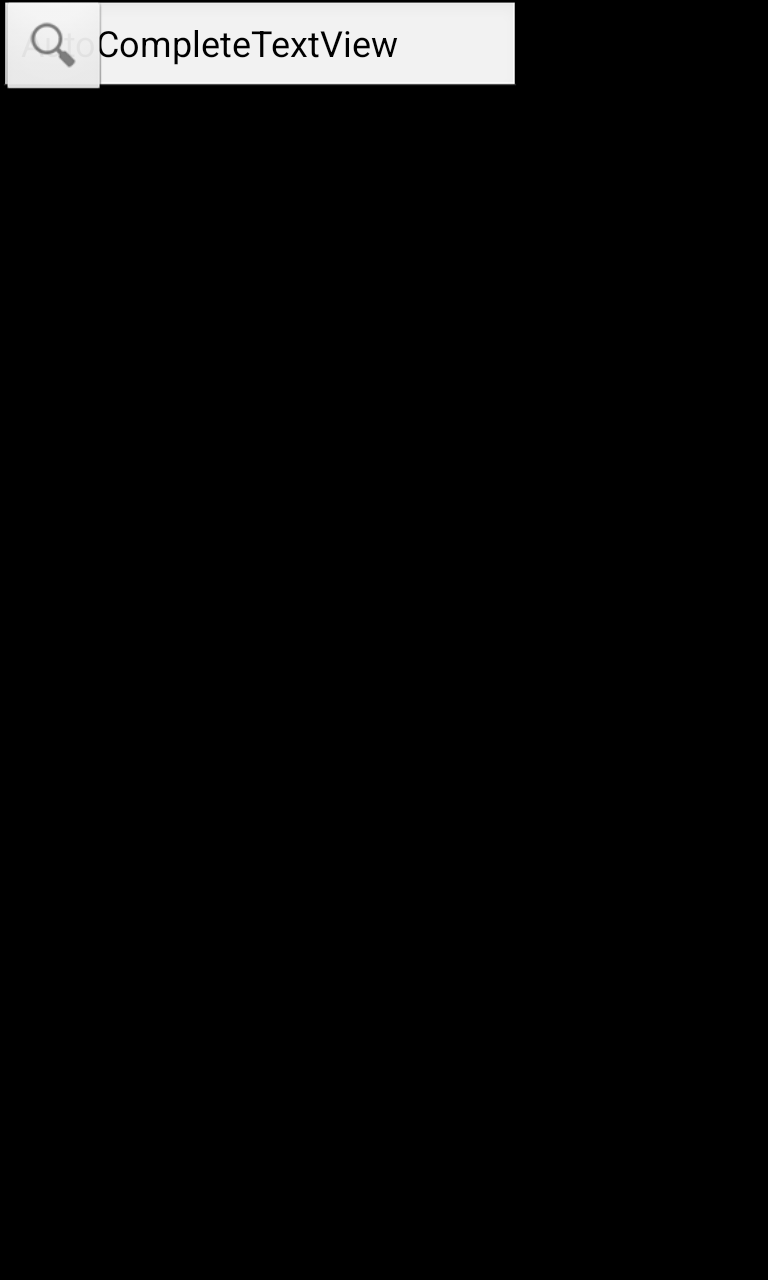
Repository: markminuth/Art-at-GVSU-Android-edition
Layout: version1.0/res/layout/search.xml
These files come from the project's save history. The layout is drawn as it stood at one moment and after the next save; the edit follows.
It is drawn on a 768 x 1280 px phone screen (xhdpi) without system bars, with theme android:Theme.NoTitleBar; the app's code is not run. Lists and similar views that code fills are empty.

Above is the layout before, as saved 2012-04-03 05:10:48.

### version1.0/res/layout/search.xml
<?xml version="1.0" encoding="utf-8"?>
<RelativeLayout xmlns:android="http://schemas.android.com/apk/res/android"
    android:layout_width="fill_parent"
    android:layout_height="fill_parent"
    android:orientation="vertical" >


    <AutoCompleteTextView
        android:id="@+id/searchTextBox"
        android:layout_width="260dp"
        android:layout_height="wrap_content"
        android:text="AutoCompleteTextView" />

    <ImageButton
        android:id="@+id/searchNOW"
        android:layout_width="wrap_content"
        android:layout_height="wrap_content"
        android:src="@drawable/search" />

    <ListView
        android:id="@+id/searchList"
        android:layout_width="match_parent"
        android:layout_height="wrap_content" >
    </ListView>
</RelativeLayout>

After the next save:
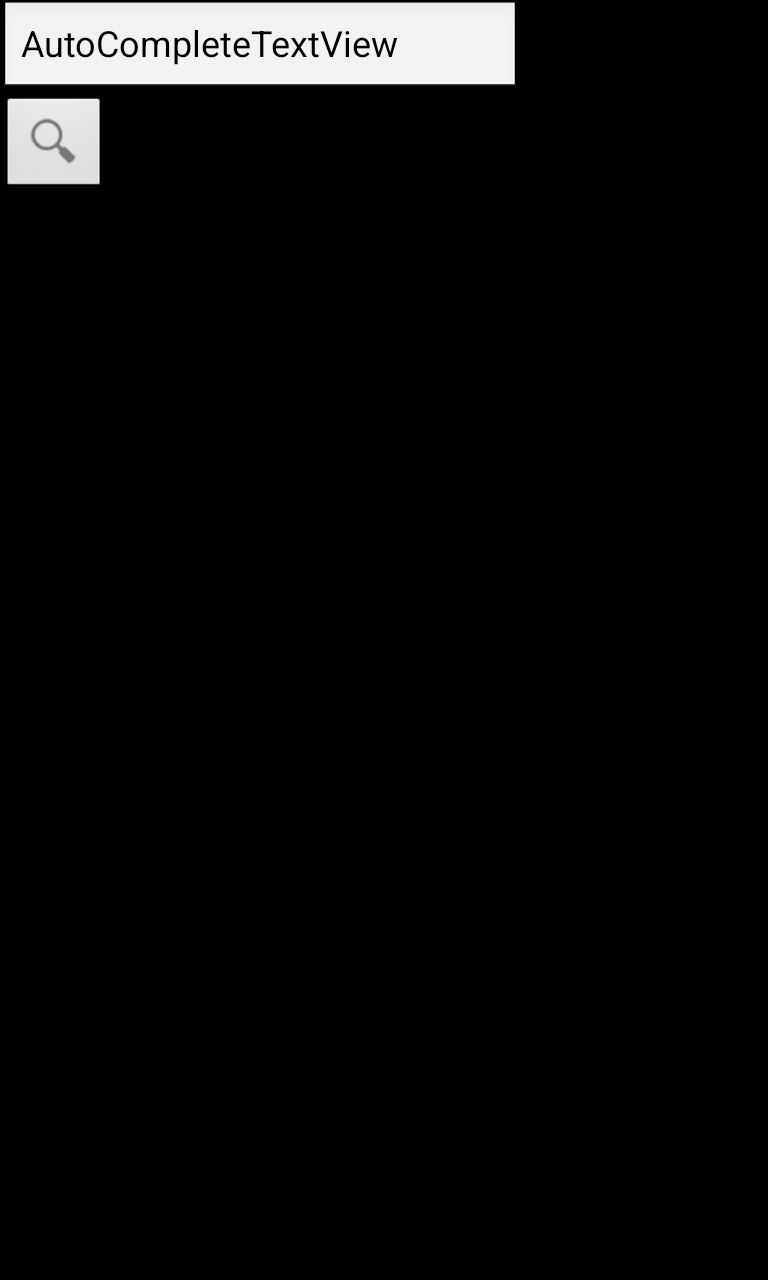
Saved 3 min 8 s later.
--- a/version1.0/res/layout/search.xml
+++ b/version1.0/res/layout/search.xml
@@ -1,12 +1,12 @@
 <?xml version="1.0" encoding="utf-8"?>
-<RelativeLayout xmlns:android="http://schemas.android.com/apk/res/android"
+<LinearLayout xmlns:android="http://schemas.android.com/apk/res/android"
     android:layout_width="fill_parent"
     android:layout_height="fill_parent"
     android:orientation="vertical" >
 
 
     <AutoCompleteTextView
-        android:id="@+id/searchTextBox"
+        android:id="@+id/autoCompleteTextView1"
         android:layout_width="260dp"
         android:layout_height="wrap_content"
         android:text="AutoCompleteTextView" />
@@ -22,4 +22,5 @@
         android:layout_width="match_parent"
         android:layout_height="wrap_content" >
     </ListView>
-</RelativeLayout>
+
+</LinearLayout>
